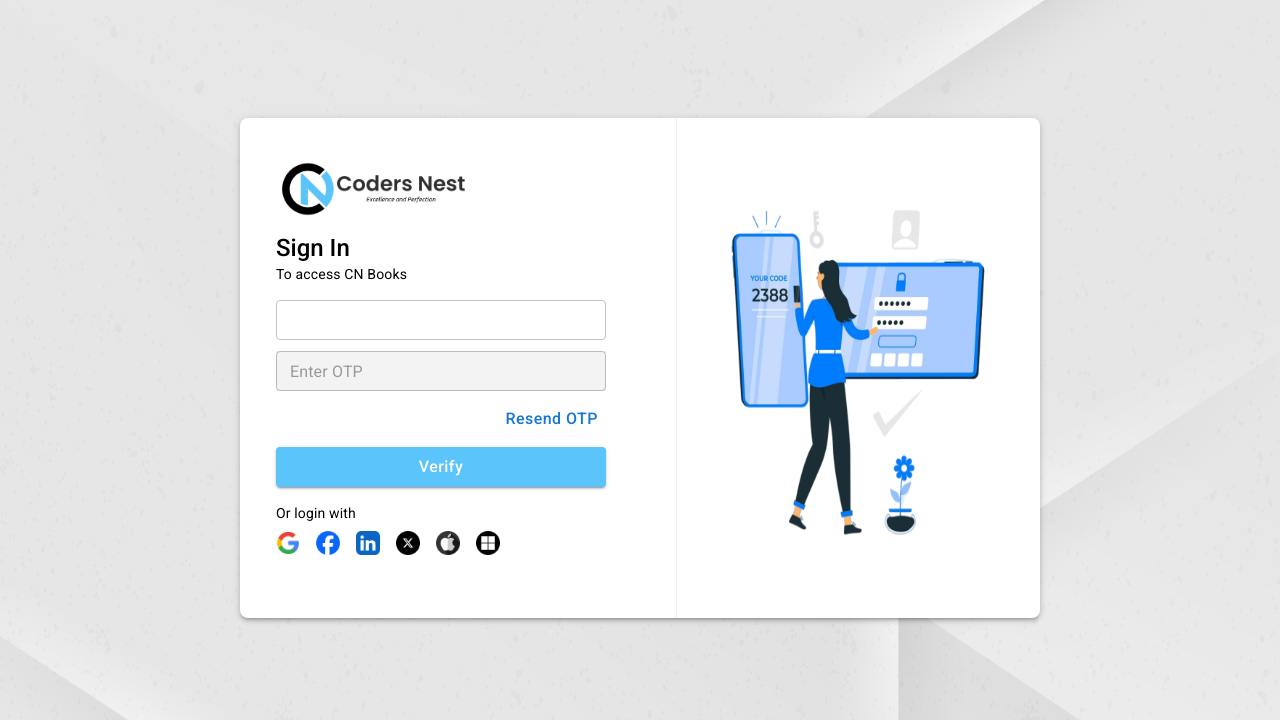
Repository: wajahadalishaik04/CN_Books
Page: /otpscreen
An editor plug-in stored every save of this project. The page is shown before and after the next save, followed by the edit.
The browser window is 1280 px wide. The pictures show the whole page.
The project was rebuilt for these pictures with package versions that can differ from the ones it lists, and the page was loaded fresh each time. Also part of the build but not shown: vite.config.js, src/pages/LoginScreen.jsx, src/pages/Signin.jsx, src/pages/SignUp.jsx, src/pages/VerifyScreen.jsx, src/components/Header.jsx, src/components/SideBar.jsx, src/components/Content.jsx and 7 more.

Above is the page before, as saved 2024-09-30 18:17:16.

### index.html
<!DOCTYPE html>
<html lang="en">
  <head>
    <meta charset="UTF-8" />
    <link rel="preconnect" href="https://fonts.googleapis.com" />
    <link rel="preconnect" href="https://fonts.gstatic.com" crossorigin />
    <link
      rel="stylesheet"
      href="https://fonts.googleapis.com/css2?family=Roboto:wght@300;400;500;700&display=swap"
    />

    <meta name="viewport" content="width=device-width, initial-scale=1.0" />
    <title>CN_BOOKS</title>
  </head>
  <body>

    <div id="root"></div>
    <script type="module" src="/src/main.jsx"></script>
  </body>
</html>

### src/main.jsx
import { createRoot } from 'react-dom/client'
import App from './App.jsx'
import { Provider } from 'react-redux'
import store from './store/store.js'
import './styles/index.css'
createRoot(document.getElementById('root')).render(
 <Provider store={store}>
   <App />
 </Provider>
)

### src/App.jsx
import React from "react";
import LoginScreen from "./pages/LoginScreen";
import { BrowserRouter, Routes, Route, Navigate } from "react-router-dom";
import Signin from "./pages/Signin";
import { useSelector } from "react-redux";
import OtpScreen from "./pages/OtpScreen";
import SignUp from "./pages/SignUp";
import VerifyScreen from "./pages/VerifyScreen";
import DashboardScreen from "./pages/DashboardScreen";
import SideBar from "./components/SideBar";
import Header from "./components/Header";
import Customer from "./pages/Customer";
import WrapComponent from "./pages/WrapComponent";
import Category from "./pages/Category";
import NewCustomer from "./pages/customerscreens/NewCustomer";

const App = () => {
  const { user } = useSelector((e) => e.userReducer);
  return (
    <>
      <BrowserRouter>
        <Routes>
          <Route element={<WrapComponent />}>
            <Route path="/dashboardscreen" element={<DashboardScreen />} />
            <Route path="/customer" element={<Customer />} />
            <Route path="/category" element={<Category />} />
            <Route path="/newcustomer" element={<NewCustomer />} />

          </Route>
          <Route
            path="/"
            element={<Navigate to={user ? "/signin" : "/LoginScreen"} />}
          />
          <Route
            path="/signin"
            element={user ? <Navigate to={"/dashboardscreen"} /> : <Signin />}
          />
          <Route path="/loginscreen" element={<LoginScreen />} />
          <Route path="/otpscreen" element={<OtpScreen />} />
          <Route path="/signup" element={<SignUp />} />
          <Route path="/verifyscreen" element={<VerifyScreen />} />
        </Routes>
      </BrowserRouter>
    </>
  );
};

export default App;

### src/store/store.js
import { configureStore } from "@reduxjs/toolkit";
import { userReducer } from "./reducer";

const store = configureStore({
    reducer:{userReducer}
})
export default store;

### src/styles/index.css
*
{
    margin: 0;
    padding: 0;
    border: none;

}
.img
{
    background-color: red;
    background-clip: content-box;
    -webkit-background-clip: content-box;
    visibility: hidden;
}

### src/pages/OtpScreen.jsx
import React, { useState, useEffect } from "react";
import {
  Box,
  Button,
  TextField,
  Typography,
  Snackbar,
  Alert,
  styled,
} from "@mui/material";
import { images } from "../utils/ImgUtils";
import { Link, useLocation, useNavigate } from "react-router-dom";

const OtpScreen = () => {
  const [otp, setOtp] = useState(""); // Store entered OTP
  const [sentOtp, setSentOtp] = useState(""); // Store generated OTP
  const [error, setError] = useState(""); // Store error messages
  const [resendDisabled, setResendDisabled] = useState(false); // Timer control for Resend OTP button
  const [snackbarOpen, setSnackbarOpen] = useState(false); // Snackbar control
  const [snackbarMessage, setSnackbarMessage] = useState(""); // Snackbar message
  const [successSnackbarOpen, setSuccessSnackbarOpen] = useState(false); // Success Snackbar
  const [timer, setTimer] = useState(0); // Timer state for Resend button

  const navigate = useNavigate();
  const location = useLocation();
  const { emailMobile } = location.state || {};

  // Styled Resend Button
  const ResendOtp = styled(Button)({
    textTransform: "none",
    fontSize: "1rem",
  });

  // Function to generate OTP
  const generateOtp = () => {
    const randomOtp = Math.floor(100000 + Math.random() * 900000).toString(); // Generate a 6-digit OTP
    setSentOtp(randomOtp); // Store the OTP
    return randomOtp;
  };

  // Function to show snackbar
  const handleSnackbarOpen = (message) => {
    setSnackbarMessage(message);
    setSnackbarOpen(true);
  };

  const handleSnackbarClose = () => {
    setSnackbarOpen(false);
  };

  const handleSuccessSnackbarClose = () => {
    setSuccessSnackbarOpen(false);
  };

  // Function to send OTP (called on "Sent" button click)
  const sendOtp = () => {
    const otp = generateOtp(); // Generate OTP locally
    handleSnackbarOpen(`OTP: ${otp}`); // Show OTP in snackbar
  };

  // Resend OTP with 30-second timer
  const handleResendOtp = () => {
    sendOtp(); // Generate and display the OTP
    setResendDisabled(true);
    setTimer(30); // Set the countdown timer to 30 seconds
  };

  // Timer countdown for the Resend button
  useEffect(() => {
    if (timer > 0) {
      const countdown = setInterval(() => {
        setTimer((prev) => prev - 1);
      }, 1000);

      return () => clearInterval(countdown);
    } else {
      setResendDisabled(false); // Enable the Resend button after timer ends
    }
  }, [timer]);

  // Handle OTP submission and verification
  const handleSubmit = () => {
    if (!otp) {
      setError("OTP is required."); // Show error if no OTP is entered
    } else if (otp !== sentOtp) {
      setError("Invalid OTP. Please try again.");
    } else {
      setError(""); // Clear error on successful OTP
      setSuccessSnackbarOpen(true); // Show success message
      setTimeout(() => {
        navigate("/dashboardscreen"); // Navigate to the next screen after success
      }, 2000); // Delay navigation to show the success message
    }
  };

  return (
    <Box
      display="flex"
      justifyContent="center"
      alignItems="center"
      width="100%"
      height="100vh"
      sx={{ backgroundImage: "url(/images/BackgroundImg.jpeg)" }}
    >
      <Box
        display="flex"
        bgcolor="#fff"
        boxShadow={3}
        marginTop={2}
        borderRadius="8px"
        overflow="hidden"
        width="800px"
        height="500px"
      >
        {/* Left Side - OTP Form */}
        <Box flex={1} p={4.5} mt={1} component={"form"}>
          <Box flex={1} sx={{ width: "330px" }}>
            <Box
              display="flex"
              justifyContent="space-between"
              alignItems="center"
            >
              <img
                src={images.codersnestLogo}
                alt="Logo"
                style={{ width: 200 }}
              />
            </Box>
            <Typography variant="h5" fontWeight={500} mt={2}>
              Sign In
            </Typography>
            <Typography variant="body2" color="default" mb={2}>
              To access CN Books
            </Typography>

            <TextField
              sx={{ marginBottom: 1.4 }}
              size="small"
              fullWidth
              defaultValue={emailMobile}
              InputProps={{ readOnly: true }} // Read-only input for email/mobile
            />

            <TextField
              size="small"
              type="text"
              placeholder="Enter OTP"
              fullWidth
              value={otp}
              onChange={(e) => setOtp(e.target.value)}
              sx={{
                fontWeight: "500",
                backgroundColor: "#F3F3F3",
                "&:hover": {
                  backgroundColor: "#FFF",
                },
                "& .MuiOutlinedInput-root": {
                  "&.Mui-focused": {
                    backgroundColor: "#EBF9FF",
                    borderColor: "#5BC4FA",
                  },
                },
              }}
              error={!!error} // Show error if there is any
              helperText={error}
            />

            {/* Resend OTP button with timer */}
            <Box sx={{ display: "flex", justifyContent: "flex-end", mt: 1 }}>
              <ResendOtp onClick={handleResendOtp} disabled={resendDisabled}>
                Resend OTP {resendDisabled && `(${timer}s)`}
              </ResendOtp>
            </Box>

            {/* Verify Button */}
            <Button
              onClick={handleSubmit}
              variant="contained"
              fullWidth
              sx={{
                backgroundColor: "#5BC4FA",
                mt: 1,
                textTransform: "none",
                fontSize: "1rem",
              }}
            >
              Verify
            </Button>
            <Typography variant="body2" color="#000000" mt={2}>
              Or login with
            </Typography>
            {/* Social Icons */}
            <Box display="flex" justifyContent="flex-start" gap={2} mt={1}>
              <img src={images.googleicon} width={24} alt="googleicon" />
              <img src={images.facebookicon} width={24} alt="facebookicon" />
              <img src={images.linkedinicon} width={24} alt="linkedinicon" />
              <img src={images.xicon} width={24} alt="xicon" />
              <img src={images.appleicon} width={24} alt="appleicon" />
              <img src={images.windowsicon} width={24} alt="windowsicon" />
            </Box>


            {/* Snackbar for OTP display */}
            <Snackbar
              open={snackbarOpen}
              autoHideDuration={3000}
              onClose={handleSnackbarClose}
              anchorOrigin={{ vertical: "top", horizontal: "center" }}
            >
              <Alert
                onClose={handleSnackbarClose}
                severity="info"
                sx={{ width: "100%" }}
              >
                {snackbarMessage}
              </Alert>
            </Snackbar>

            {/* Success Snackbar for OTP verification */}
            <Snackbar
              open={successSnackbarOpen}
              autoHideDuration={3000}
              onClose={handleSuccessSnackbarClose}
              anchorOrigin={{ vertical: "top", horizontal: "center" }}
            >
              <Alert
                onClose={handleSuccessSnackbarClose}
                severity="success"
                sx={{ width: "100%" }}
              >
                Sign in was successfully completed!
              </Alert>
            </Snackbar>
          </Box>
        </Box>
        <Box sx={{ borderRight: "1.5px solid #EFEFEF" }}></Box>

        {/* Right Side - Illustration Image */}
        <Box
          flex={1}
          display="flex"
          justifyContent="center"
          alignItems="center"
          sx={{ display: { xs: "none", sm: "flex" } }}
        >
          <img
            src={images.otpImg}
            alt="Illustration"
            width="100%"
            height="90%"
            objectFit="cover"
          />
        </Box>
      </Box>
    </Box>
  );
};

export default OtpScreen;

### src/store/reducer.js
import { createReducer } from "@reduxjs/toolkit";

export const userReducer = createReducer({user:null},(builder)=>
{
    builder.addCase("loginUser",(state,action)=>
    {
        state.user = action.payload
    })
})

### src/utils/ImgUtils.js
export const images ={
    backgroundImg:"./images/BackgroundImg.jpeg",
    codersnest:"./images/codersnest.png",
    codersnestLogo:"./images/codersnest1.png",
    loginImg:"./images/login_illustration.png",
    otpImg:"./images/otpImg.png",
    signupImg:"./images/signup.png",
    googleicon:"./images/google-color-icon.png",
    facebookicon:"./images/facebook-round-color-icon.png",
    linkedinicon:"./images/linkedin-app-icon.png",
    xicon:"./images/x-social-media-round-icon.png",
    officemanImg:"./images/officeman.png",
    appleicon:"./images/apple.png",
    windowsicon:"./images/windows.png",
    Arrowdownicon:"./images/Arrowdown.png",
    Customericon:"./images/Customer.png",
    Addressicon:"./images/Address.png",
    Passwordicon:"./images/Password.png",
    Accounticon:"./images/Account.png",
    Logouticon:"./images/Logout.png",
    dashboardwhiteicon:"./images/DashboardWhiteIcon.png",
    dashboardicon:"./images/DashboardIcon.png",
    groupcustomericon:"./images/GroupCustomerIcon.png",
    groupcustomerwhiteicon:"./images/GroupCustomerWhiteIcon.png",
    categoryicon:"./images/categoryicon.png",
    categorywhiteicon:"./images/CategoryWhiteIcon.png",
    editicon:"./images/EditIcon.png",
    binicon:"./images/EditIcon.png",
    editicon:"./images/BinIcon.png",
    hiddenicon:"./images/HiddenIcon.png",
    verticaldoticon:"./images/VerticalDots.png",
    dollararrowicon:"./images/dollarArrow.png",
    doticon:"./images/dotIcon.png"
}

After the next save:
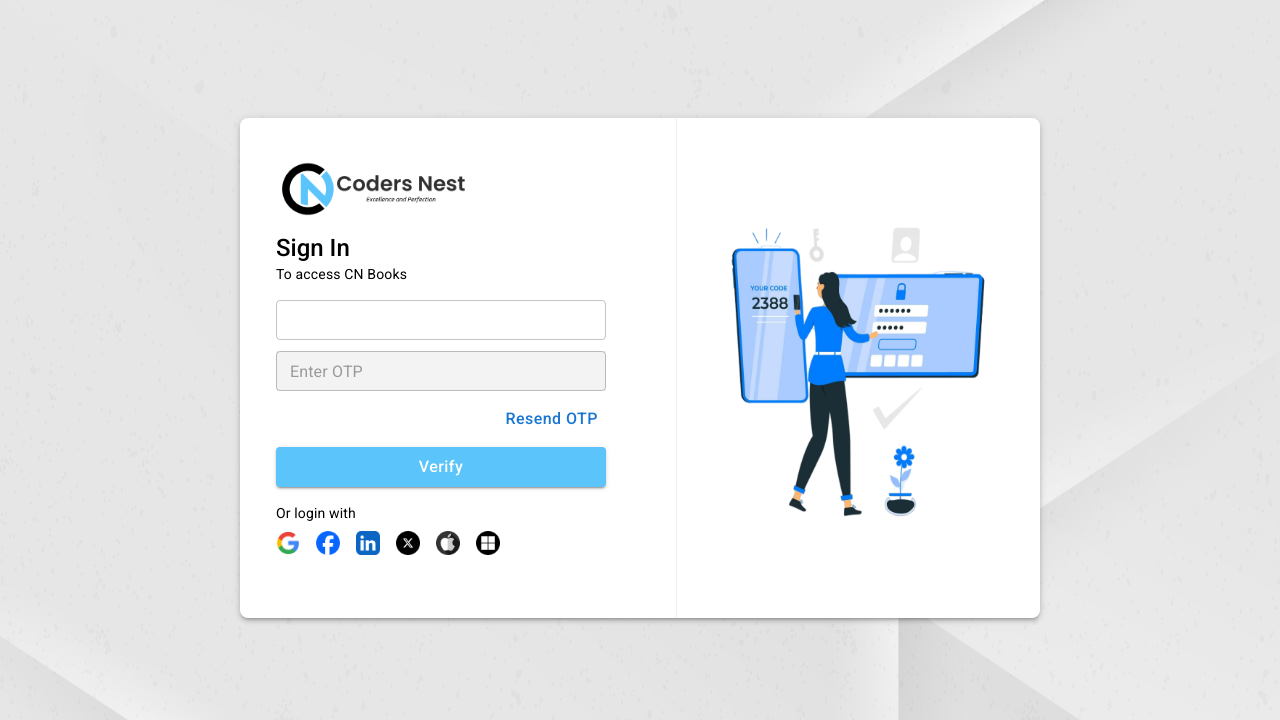
Saved 12 s later.
--- a/src/pages/OtpScreen.jsx
+++ b/src/pages/OtpScreen.jsx
@@ -247,7 +247,7 @@ const OtpScreen = () => {
             src={images.otpImg}
             alt="Illustration"
             width="100%"
-            height="90%"
+            height="80%"
             objectFit="cover"
           />
         </Box>
